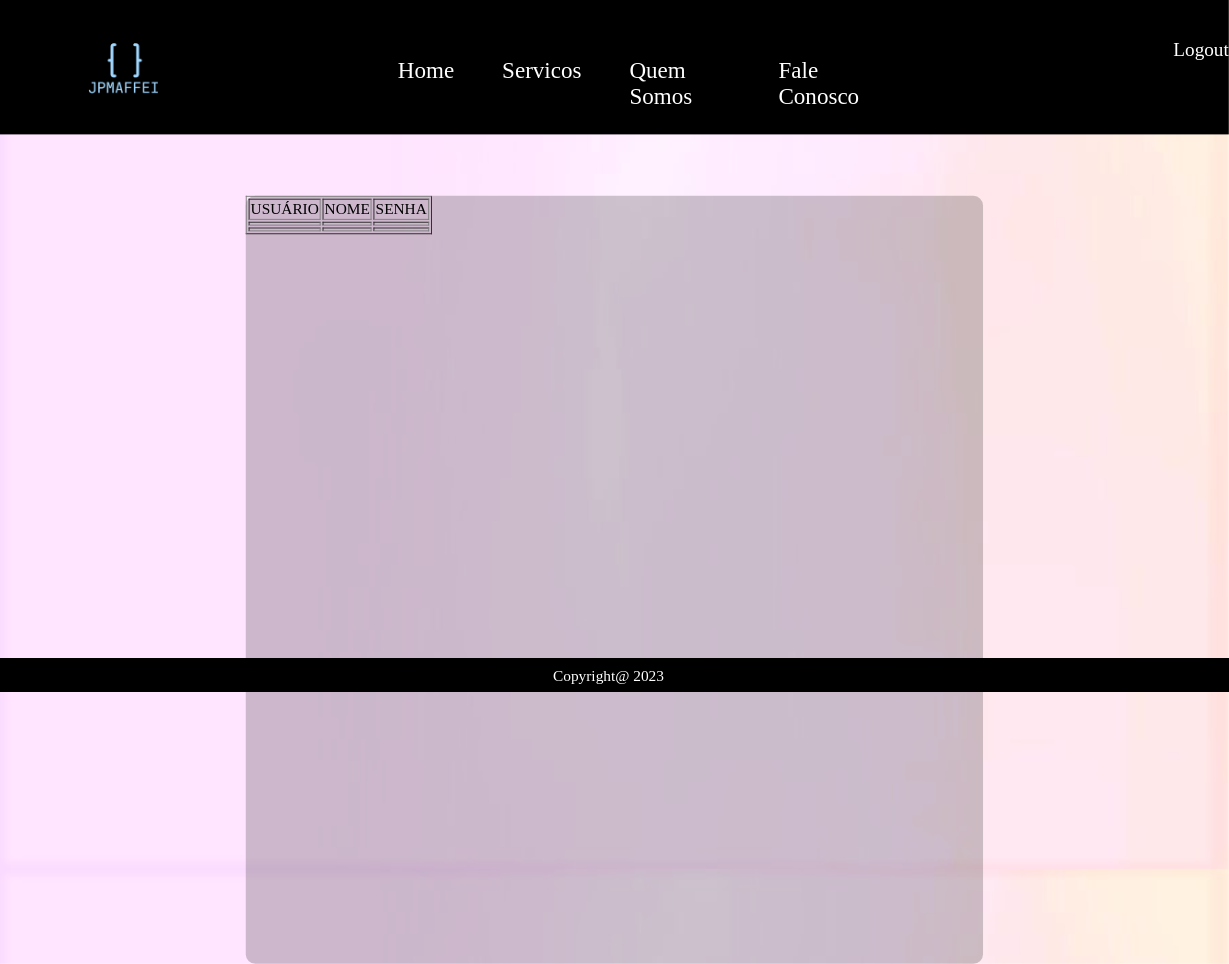
Repository: jpmaffei18/PROJETO_JAVA
Page: http://localhost/FinalWeb/
The author's editor kept a copy of each file at every save. The page is drawn from the files as they stood at one save, then again after a run of saves.
The browser window is 1280 px wide. The pictures show the whole page, at 96% of full size.
Backgrounds fixed to the window are drawn as part of the page. The page is served by Tomcat 9.

Above is the page before, as saved 2023-04-10 12:07:40.

After the next 3 saves:
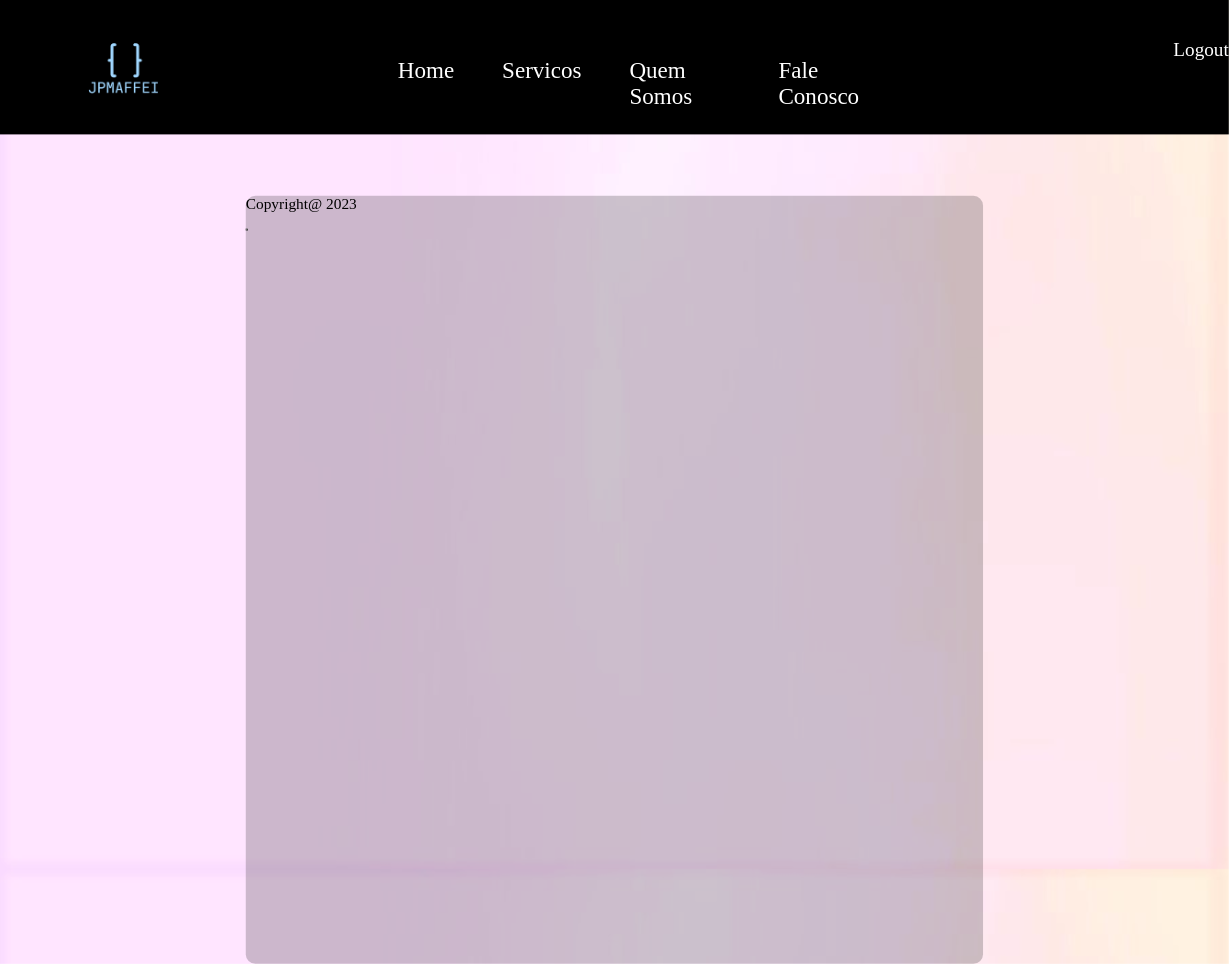
The 3 saves are shown as one change because they came seconds apart.
The last was saved 20 s later.
--- a/FinalWeb/src/main/webapp/index.jsp
+++ b/FinalWeb/src/main/webapp/index.jsp
@@ -28,7 +28,7 @@
 
 <div class="conteudo">
 
-	<table border = 1>
+	<table border = 1 color=">
 		<tr>
 			<td>USUÁRIO</td>
 			<td>NOME</td>

After the save that followed:
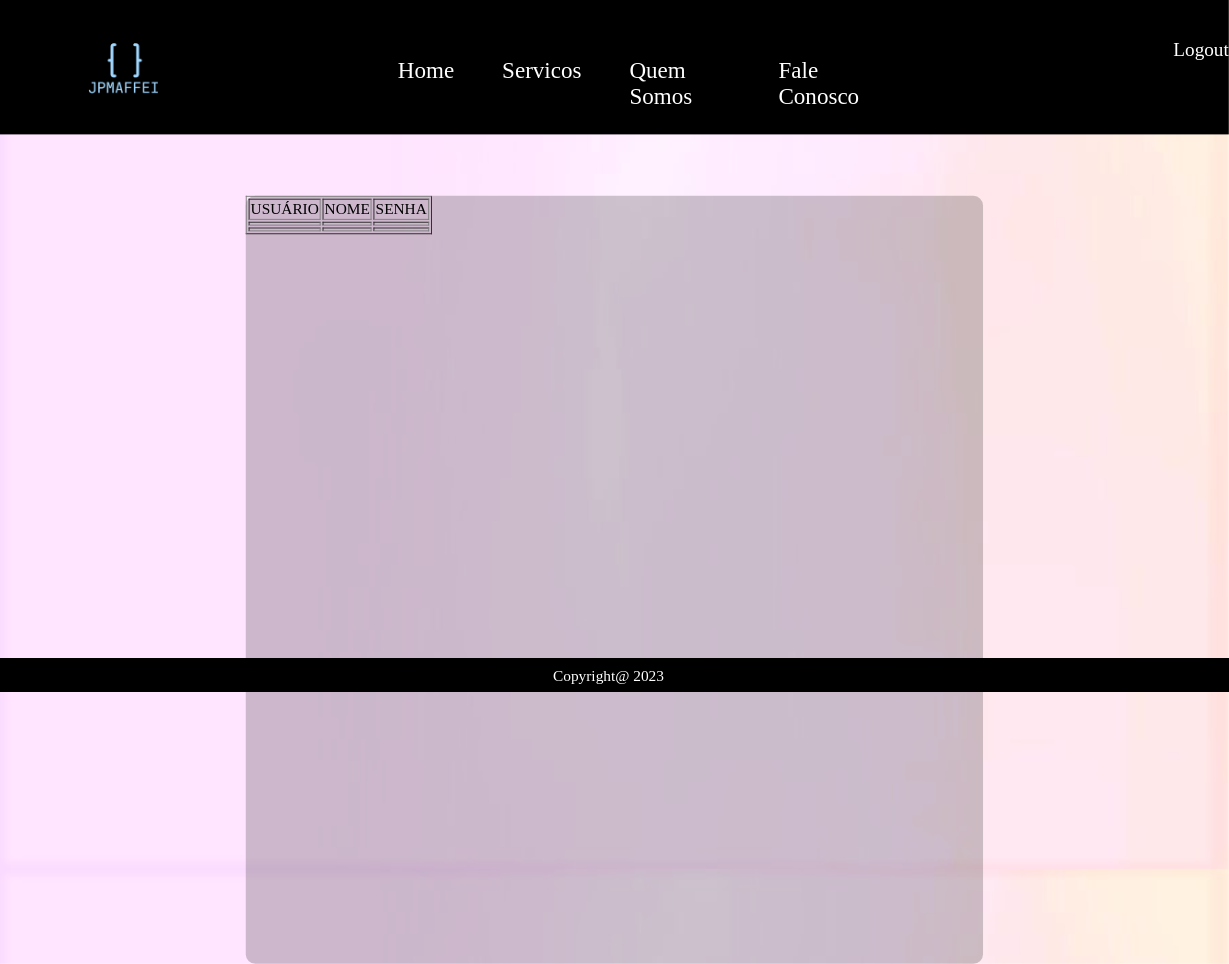
Saved 6 s later.
--- a/FinalWeb/src/main/webapp/index.jsp
+++ b/FinalWeb/src/main/webapp/index.jsp
@@ -28,7 +28,7 @@
 
 <div class="conteudo">
 
-	<table border = 1 color=">
+	<table border = 1 color="red">
 		<tr>
 			<td>USUÁRIO</td>
 			<td>NOME</td>
